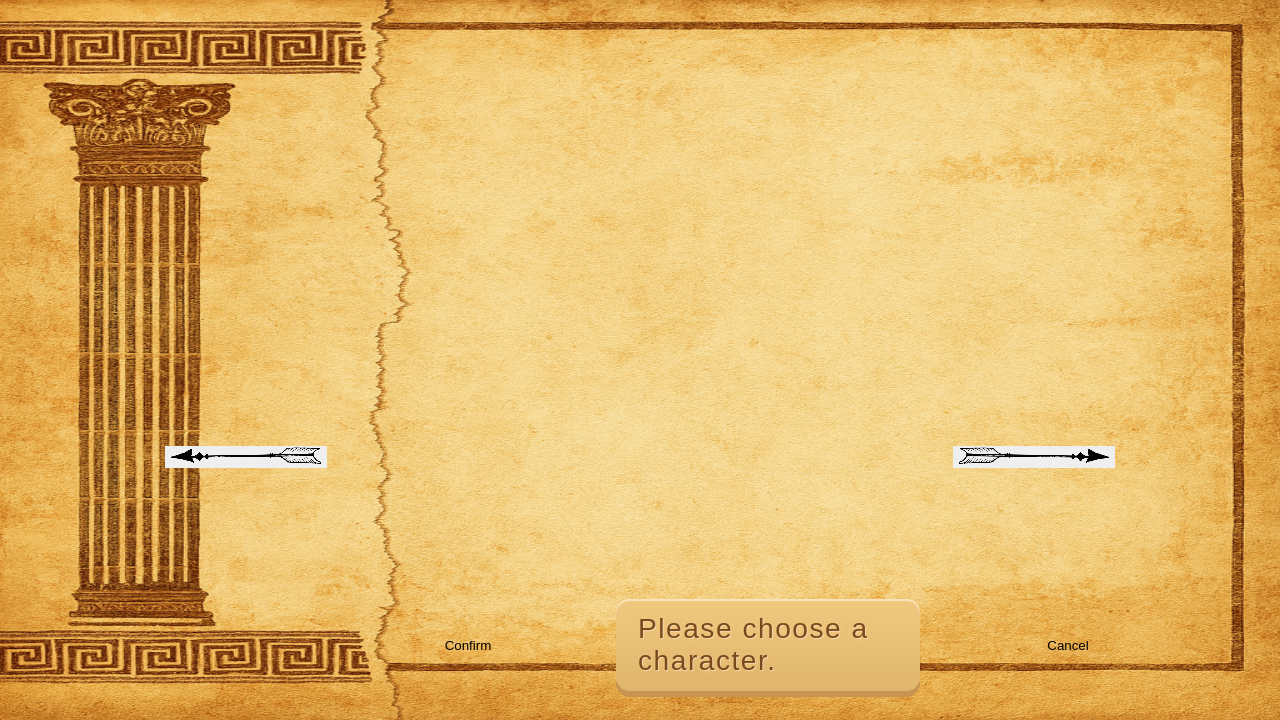
Repository: brianabariteau/Web-1-Final-Project-2025
Page: features/character-selection/character-selection.html
The author's editor kept a copy of each file at every save. The page is drawn from the files as they stood at one save, then again after the next save.
The browser window is 1280 px wide. The pictures show the whole page.
The page's requests for data from a server got no answer. Some web fonts or font styles are not loaded; a fallback is used.

Above is the page before, as saved 2025-12-21 23:46:06.

### features/character-selection/character-selection.html
<!DOCTYPE html>
<html lang="en">
  <head>
    <meta charset="UTF-8" />
    <meta name="viewport" content="width=device-width, initial-scale=1.0" />
    <title>Player Selection</title>
    <link
      rel="icon"
      type="image/x-icon"
      href="../../assets/characters/zeus.png"
    />
    <link rel="stylesheet" href="./character-selection.css" />
    <script type="module" src="./character-selection.js" defer></script>
    <script
      src="https://code.jquery.com/jquery-3.7.1.min.js"
      integrity="sha256-/JqT3SQfawRcv/BIHPThkBvs0OEvtFFmqPF/lYI/Cxo="
      crossorigin="anonymous"
    ></script>
    <link
      href="https://fonts.googleapis.com/css2?family=Jersey+25&display=swap"
      rel="stylesheet"
    />
  </head>
  <body></body>
</html>

### features/character-selection/character-selection.css
/* -- General Page Layout -- */

body {
  margin: 0;
  padding: 0;
  width: 100vw;
  height: 100vh;
  overflow: hidden;

  display: flex;
  justify-content: center;
  align-items: center;

  position: relative;
  font-family: "Press Start 2P", monospace;
}

/* Full-screen background */
.background {
  position: absolute;
  inset: 0;
  width: 100%;
  height: 100%;
  z-index: -1;
}

/* -- Character Selector Grid [avatar1/2/3] -- */

.character-row {
  /*display: flex;
  justify-content: center;
  align-items: center;
  gap: 1rem;

  position: absolute;
  top: 10%;
  width: 100%;*/
  display: flex;
  justify-content: center;
  align-items: center;
  gap: 1rem;
  width: 100%;
  position: relative; /* not absolute */
}

/* All avatar boxes */
.avatar1,
.avatar2,
.avatar3 {
  /*width: 340px;
  height: 450px;*/
  width: min(28vw, 370px); /* 28% of viewport width, max 340px */
  height: min(28vw, 440px);

  background: transparent;
  border: none;
  padding: 0;

  position: relative;
  cursor: pointer;
  transition: transform 120ms ease;
}

.avatar1:hover,
.avatar2:hover,
.avatar3:hover {
  transform: scale(1.05);
}

/* The decorative box asset */
.background-boxes {
  position: absolute;
  inset: 0;
  width: 100%;
  height: 100%;
  object-fit: fill;
  z-index: 0;
  pointer-events: none;
}

/* If later you put the character image inside an avatar */
.player-avatar {
  position: relative;
  z-index: 1;
  width: 140px;
  height: auto;
  image-rendering: pixelated;
}

/* Info inside the avatar (optional) */
.player-info {
  position: relative;
  z-index: 2;
  color: brown;
  text-shadow: 2px 2px #000;
  font-size: 14px;
  text-align: left;
  margin-left: 10px;
}

/* ───────────── SCROLL ARROWS ABOVE TEXT BOX ───────────── */

.scroll-arrows {
  width: min(200vw, 950px); /* narrower than full screen */
  margin: 0 auto;
  display: flex;
  justify-content: space-between; /* left arrow on left, right arrow on right */
  align-items: center;

  padding: 0 5vw; /* adjusts how far arrows sit from edges */
  position: relative;
  z-index: 15;
  gap: 8rem;
}

.left-arrow,
.right-arrow {
  border: none;
  cursor: pointer;
  transition: transform 120ms ease;
}

.left-arrow:hover,
.right-arrow:hover {
  transform: scale(1.1);
}

.arrowImg {
  width: min(12vw, 150px);
  /*width: 150px;  adjust size */
  height: auto;
  image-rendering: pixelated;
  pointer-events: none;
}

.switch-characters {
  display: flex;
  flex-direction: column;
  align-items: center;
  gap: 1rem; /* space between avatars and arrows */

  width: min(90vw, 1200px);
  position: absolute;
  top: 10%;
  width: 100%;
}

/* Every stat becomes a tooltip target */
.stat {
  position: relative;
  cursor: help;
}

/* Tooltip bubble */
.stat:hover::after {
  content: attr(data-info);
  position: absolute;
  left: 50%;
  bottom: 120%;
  transform: translateX(-50%);

  width: max-content;
  max-width: 220px;

  background: rgba(0, 0, 0, 0.9);
  color: white;
  padding: 8px 10px;
  border-radius: 6px;
  font-size: 10px;
  line-height: 1.2;
  text-shadow: none;

  pointer-events: none;
  z-index: 999;
}

/* Tooltip arrow */
.stat:hover::before {
  content: "";
  position: absolute;
  left: 50%;
  bottom: 110%;
  transform: translateX(-50%);

  border-width: 6px;
  border-style: solid;
  border-color: rgba(0, 0, 0, 0.9) transparent transparent transparent;

  z-index: 998;
}

/* ───────────── TEXT BOX (your .box image) ───────────── */

.bottom-panel {
  position: absolute;
  /*bottom: -3%;  how far from bottom of screen */
  bottom: 4%;
  left: 60%;
  /*transform: translateX(-30%);  center horizontally */
  transform: translateX(-50%);

  width: min(70vw, 900px);
  /*width: 40%;  adjust width as needed */
  /*max-width: 900px; */

  display: grid;
  grid-template-columns: 1fr auto 1fr; /* left | center | right */
  align-items: center;
  justify-items: center;
  margin: 0;

  z-index: 10;
}

.box {
  width: min(260px, 40vw);
  /*width: 200px;  adjust to your liking */
  height: auto;
  pointer-events: none;
  margin: 0 auto;
}
.box {
  font-size: clamp(1.4rem, 2.2vw, 2rem);
  color: #7a4a1f;
  letter-spacing: 1.5px;

  text-shadow: 1px 1px 0 #f3d8a8, 0 0 8px rgba(255, 210, 130, 0.35);

  background: linear-gradient(to bottom, #f0c97f, #e0b56d);
  padding: 14px 22px;
  border-radius: 14px;

  box-shadow: inset 0 2px 0 rgba(255, 255, 255, 0.5), 0 6px 0 #c89451;

  pointer-events: none;
}

/* ───────────── CONFIRM + CANCEL BUTTONS ───────────── */

.button-left,
.button-right {
  display: flex;
  justify-content: center;
  align-items: center;
}

.buttons {
  display: flex;
  gap: 0rem; /* spacing between confirm/cancel */
  position: relative; /* NOT absolute */
  z-index: 10;
}

.confirm,
.cancel {
  background: transparent;
  border: none;
  cursor: pointer;
  transition: transform 120ms ease;
}

.confirm:hover,
.cancel:hover {
  transform: scale(1.05);
}

/* Position them near bottom-right like your drawing */
.cancel {
  right: 10%;
}

.buttonImg {
  width: 150px;
  height: auto;
}

/* ───────────── CHARACTERS ───────────── */
.character {
  position: relative;
  z-index: 10; /* ensures text appears above the background box */
  color: rgb(133, 74, 18);
  justify-items: center;
  text-align: center;
  display: flex;
  object-fit: contain;
  /*padding: 12px 20px;*/
  padding-top: 50px;
  width: 100%;
  height: 100%;
  font-family: "Press Start 2P", monospace; /* matches your game font */
  text-shadow: 2px 2px 0px #ffffff; /* retro look */
}

.inner-character {
  width: 100%; /* smaller than full box so borders show */
  height: 70%; /* keep some space top/bottom */
  padding: 0.4rem; /* small internal padding */
  box-sizing: border-box;

  display: flex;
  flex-direction: column;
  align-items: center;
  justify-content: flex-start;
  gap: 0.1rem; /* tiny gaps between lines */

  overflow-y: auto; /* <-- important: scroll if too tall */
  scrollbar-width: none;
  -ms-overflow-style: none;
}
.character-inner::-webkit-scrollbar {
  display: none;
}

.character-inner h3 {
  margin: 0 0 4px 0;
  font-size: clamp(12px, 1.3vw, 16px);
}

.character-inner p {
  margin: 1px 0;
  font-size: clamp(10px, 1.1vw, 13px);
  line-height: 1.1;
}

/* Smaller sprite so it doesn't eat all vertical space */
.character-inner .character-img {
  width: 90px;
  height: auto;
  margin-bottom: 6px;
}

.character h3 {
  margin: 0 0 10px 0;
  /*font-size: 18px;*/
  font-size: clamp(14px, 1.6vw, 18px);
  letter-spacing: 1px;
}

.character p,
.powers-list {
  font-size: clamp(12px, 1.3vw, 14px);
}

.character p {
  margin: 3px 0;
  /*font-size: 14px;*/
  line-height: 1.2;
}

.powers-list {
  margin: 4px 0 0 16px;
  padding: 0;
  list-style-type: none;
  /*font-size: 14px;*/
}

.character-img {
  display: block;
  margin: 0 auto 10px auto; /* center horizontally + space underneath */
  width: 120px; /* adjust size */
  height: auto;
  image-rendering: pixelated;
  z-index: 5;
  pointer-events: none;
  background: transparent;
}

@media (max-width: 900px) {
  .character-row {
    flex-direction: column;
    top: 4%;
    gap: 0.5rem;
  }

  .avatar1,
  .avatar2,
  .avatar3 {
    width: 80vw;
  }
}

@media (max-width: 900px) {
  .bottom-panel {
    bottom: 2%;
    width: 90vw;
    grid-template-columns: auto;
    row-gap: 0.5rem;
  }

  .buttonImg {
    width: 120px;
  }
}

@media (max-width: 600px) {
  .arrowImg {
    width: 80px;
  }

  .scroll-arrows {
    gap: 1.5rem;
    bottom: 30%;
  }
}

/* UI elements use same font as Start / Mode pages */
.confirm,
.cancel,
.box {
  font-family: "Jersey 25", sans-serif;
}

### features/character-selection/character-selection.js
"use strict";

import { fetchCharacters } from "../../services/character-api.js";
import { sortCharacters } from "../../utils/character-sorters.js";
let singlePlayer = localStorage.getItem("single player");
let multiPlayer = localStorage.getItem("multiplayer");

let characters = [];
let currentIndex = 0;

// * Player selection stuff
let selectedPlayer = null;

// * The Background Image
const background = $("<img>")
  .addClass("background")
  .attr("src", "./assets/parchment-background.png")
  .attr("alt", "Background");

// * Characters
function renderCharacters(character) {
  let powersList = "";

  if (Array.isArray(character.powers) && character.powers.length > 0) {
    for (const power of character.powers) {
      powersList += `<li>${power}</li>`;
    }
  } else {
    powersList = `<li>No Powers</li>`;
  }

  return `
    <div class="character">
      <div class="inner-character">
        <img class="character-img" src="${character.imgSrc}" alt="${character.name}"/>
        <h3 class="stat" data-info="${character.tier} - ${character.tierName}">${character.name}</h3>
        <p>HP: ${character.stats.hp}</p>
        <p>Attack: ${character.stats.attack}</p>
        <p>Defense: ${character.stats.defense}</p>
        <p>Speed: ${character.stats.speed}</p>
        <p>Power: ${character.stats.power}</p>
        <p>Resilience: ${character.stats.resilience}</p>
        <p>Stamina: ${character.stats.stamina}</p>
        <p class="stat" data-info="${character.stats.masteryDesc}">Domain Mastery: ${character.stats.domainMastery}</p>
        <p class="stat" data-info="${character.stats.traitDesc}">Special Trait: ${character.stats.specialTrait}</p>
      </div>
    </div>
  `;
}

// * All Characters
const characterRow = $("<div>").addClass("character-row");

// * Arrows + Avatars Div
const switchCharacters = $("<div>").addClass("switch-characters");

// * Avatar 1
const avatar1 = $("<button>").addClass("avatar1");
const avatar1BackgroundBox = $("<img>")
  .addClass("background-boxes")
  .attr("src", "./assets/parchment-box.png")
  .attr("alt", "Background Boxes");

$(avatar1).on("click", () => {
  const first = characters[currentIndex];
  selectCharacter(avatar1, first);
});

// * Avatar 2
const avatar2 = $("<button>").addClass("avatar2");
const avatar2BackgroundBox = $("<img>")
  .addClass("background-boxes")
  .attr("src", "./assets/parchment-box.png")
  .attr("alt", "Background Boxes");

$(avatar2).on("click", () => {
  const second = characters[(currentIndex + 1) % characters.length];
  selectCharacter(avatar2, second);
});

// * Avatar 3
const avatar3 = $("<button>").addClass("avatar3");
const avatar3BackgroundBox = $("<img>")
  .addClass("background-boxes")
  .attr("src", "./assets/parchment-box.png")
  .attr("alt", "Background Boxes");

$(avatar3).on("click", () => {
  const third = characters[(currentIndex + 2) % characters.length];
  selectCharacter(avatar3, third);
});

$(characterRow).append(avatar1, avatar2, avatar3);

function updateAvatarsDisplay() {
  if (!Array.isArray(characters) || characters.length === 0) return;

  const second = characters[(currentIndex + 1) % characters.length];
  const first = characters[currentIndex];
  const third = characters[(currentIndex + 2) % characters.length];

  $(avatar1).html(renderCharacters(first));
  $(avatar2).html(renderCharacters(second));
  $(avatar3).html(renderCharacters(third));

  $(avatar1).append(avatar1BackgroundBox.clone());
  $(avatar2).append(avatar2BackgroundBox.clone());
  $(avatar3).append(avatar3BackgroundBox.clone());
}

async function loadCharacters() {
  characters = await fetchCharacters();
  characters = sortCharacters(characters);
  currentIndex = 0;
  updateAvatarsDisplay();
}

function selectCharacter(avatarElement, character) {
  $(".avatar1, .avatar2, .avatar3").css("box-shadow", "none");
  $(avatarElement).css("box-shadow", "0px 5px 5px rgba(0, 0, 0, 0.6)");
  selectedPlayer = character;
}

// * Text Box + Buttons
const bottomPanel = $("<div>").addClass("bottom-panel");

/*
// * Text Box Image
const textBox = $("<img>")
  .addClass("box")
  .attr("src", "./assets/choose-character-text.png")
  .attr("alt", "Text Box"); */
const textBox = $("<p>").addClass("box").text("Please choose a character.");

// * Buttons
const leftButton = $("<div>").addClass("left-button");
const rightButton = $("<div>").addClass("right-button");

// * Confirm Button
const confirmButton = $("<button>").addClass("confirm");
const confirmText = $("<p>").text("Confirm");
/*const confirmImg = $("<img>")
  .addClass("buttonImg")
  .attr("src", "./assets/parchment-confirm-button.png")
  .attr("alt", "Confirm Button Image");  */

$(confirmButton).append(confirmText);
$(confirmButton).on("click", () => {
  if (!selectedPlayer) {
    alert("Please select a character first!");
    return;
  }

  localStorage.setItem("selectedCharacter", JSON.stringify(selectedPlayer));

  window.location.href = "../main-menu/main-menu.html";
});

// * Cancel Button
const cancelButton = $("<button>").addClass("cancel");
const cancelText = $("<p>").text("Cancel");
/*const cancelImg = $("<img>")
  .addClass("buttonImg")
  .attr("src", "./assets/parchment-cancel-button.png")
  .attr("alt", "Cancel Button Image"); */

$(cancelButton).append(cancelText);
$(cancelButton).on("click", () => {
  if (selectedPlayer === null) {
    window.location.href = "../main-menu/index.html";
  }

  selectedPlayer = null;
  $(avatar1).css("box-shadow", "none");
  $(avatar2).css("box-shadow", "none");
  $(avatar3).css("box-shadow", "none");
});

leftButton.append(confirmButton);
$(rightButton).append(cancelButton);
$(bottomPanel).append(confirmButton, textBox, cancelButton);

// * Scroll Arrows
const scrollArrows = $("<div>").addClass("scroll-arrows");

// * Left Arrow
const leftArrow = $("<button>").addClass("left-arrow");
const leftArrowImg = $("<img>")
  .addClass("arrowImg")
  .attr("src", "./assets/left-arrow.png")
  .attr("alt", "Left Arrow");

$(leftArrow).on("click", () => {
  currentIndex = (currentIndex - 1 + characters.length) % characters.length;
  selectedPlayer = null;
  $(avatar1).css("box-shadow", "none");
  $(avatar2).css("box-shadow", "none");
  $(avatar3).css("box-shadow", "none");
  updateAvatarsDisplay();
});
$(leftArrow).append(leftArrowImg);

// * Right Arrow
const rightArrow = $("<button>").addClass("right-arrow");
const rightArrowImg = $("<img>")
  .addClass("arrowImg")
  .attr("src", "./assets/right-arrow.png")
  .attr("alt", "Right Arrow");

$(rightArrow).on("click", () => {
  currentIndex = (currentIndex + 1) % characters.length;
  selectedPlayer = null;
  $(avatar1).css("box-shadow", "none");
  $(avatar2).css("box-shadow", "none");
  $(avatar3).css("box-shadow", "none");
  updateAvatarsDisplay();
});
$(rightArrow).append(rightArrowImg);

$(scrollArrows).append(leftArrow, rightArrow);
$(switchCharacters).append(characterRow, scrollArrows);

$("body").append(background, switchCharacters, bottomPanel);

loadCharacters();

### utils/character-sorters.js
"use strict";
export function sortCharacters(characters) {
  return characters.sort((characterA, characterB) => {
    const scoreA =
      characterA.stats.attack * 2 +
      characterA.stats.power * 2 +
      characterA.stats.defense +
      characterA.stats.hp +
      characterA.stats.speed;

    const scoreB =
      characterB.stats.attack * 2 +
      characterB.stats.power * 2 +
      characterB.stats.defense +
      characterB.stats.hp +
      characterB.stats.speed;

    return scoreB - scoreA;
  });
}

Loaded but not shown: services/character-api.js (396 lines, source omitted)

After the next save:
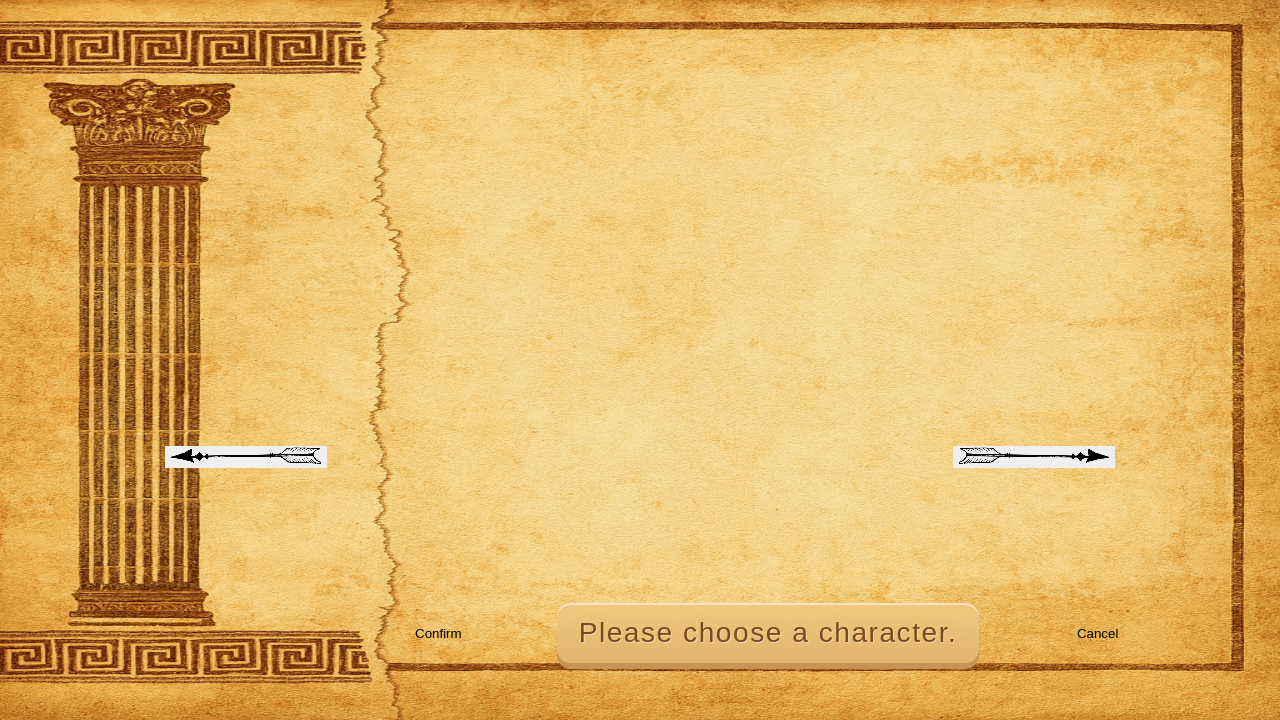
Saved 15 s later.
--- a/features/character-selection/character-selection.css
+++ b/features/character-selection/character-selection.css
@@ -212,13 +212,6 @@ body {
   z-index: 10;
 }
 
-.box {
-  width: min(260px, 40vw);
-  /*width: 200px;  adjust to your liking */
-  height: auto;
-  pointer-events: none;
-  margin: 0 auto;
-}
 .box {
   font-size: clamp(1.4rem, 2.2vw, 2rem);
   color: #7a4a1f;
